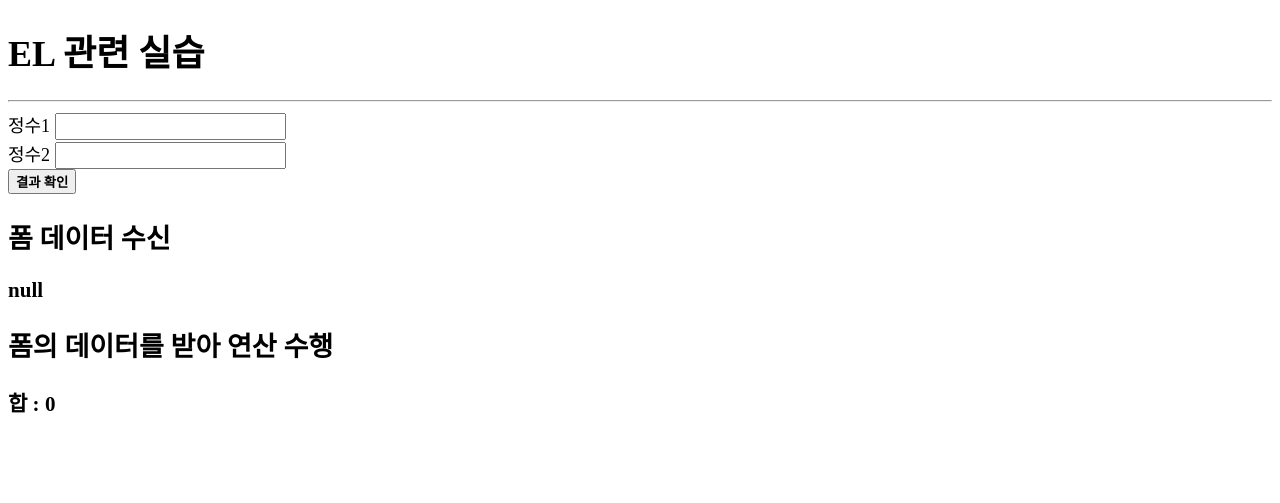
Repository: onpul/Web
Page: http://localhost/WebApp22/Test3.jsp
An editor plug-in stored every save of this project. The page is shown before and after the next save, followed by the edit.
The browser window is 1280 px wide. The pictures show the whole page.
The page is served by Tomcat 9.

Above is the page before, as saved 2022-04-29 00:50:02.

After the next save:
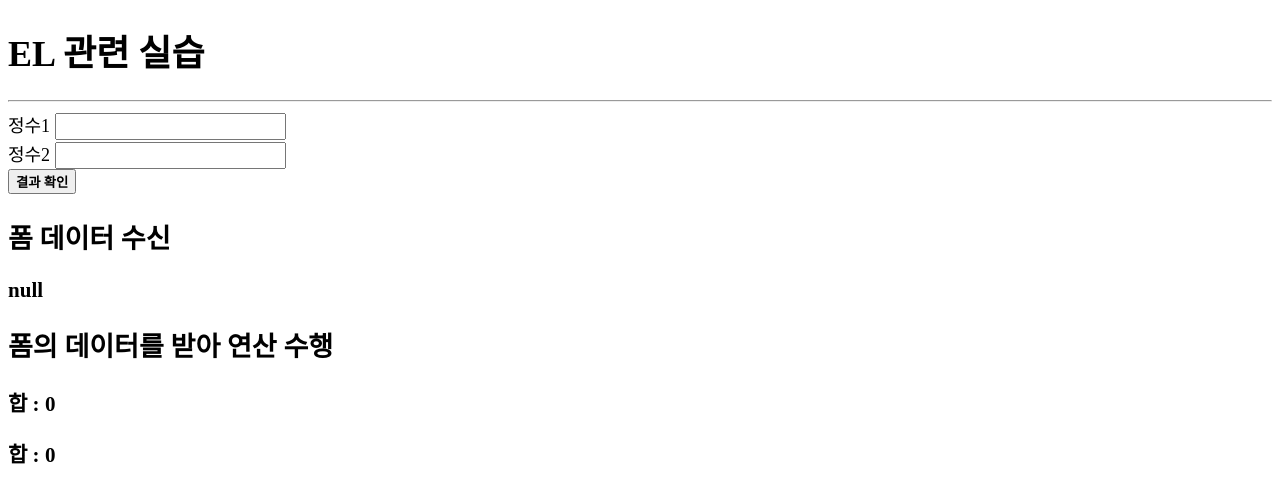
Saved 29 s later.
--- a/WebApp22/WebContent/Test3.jsp
+++ b/WebApp22/WebContent/Test3.jsp
@@ -59,7 +59,7 @@
 	<h3>합 : <%=s %></h3>
 
 	<!-- 폼의 데이터를 받아 연산을 수행하는 방법 2 -->
-
+	<h3> 합 : ${param.su1 + param.su2 }</h3>
 
 </div>
 
